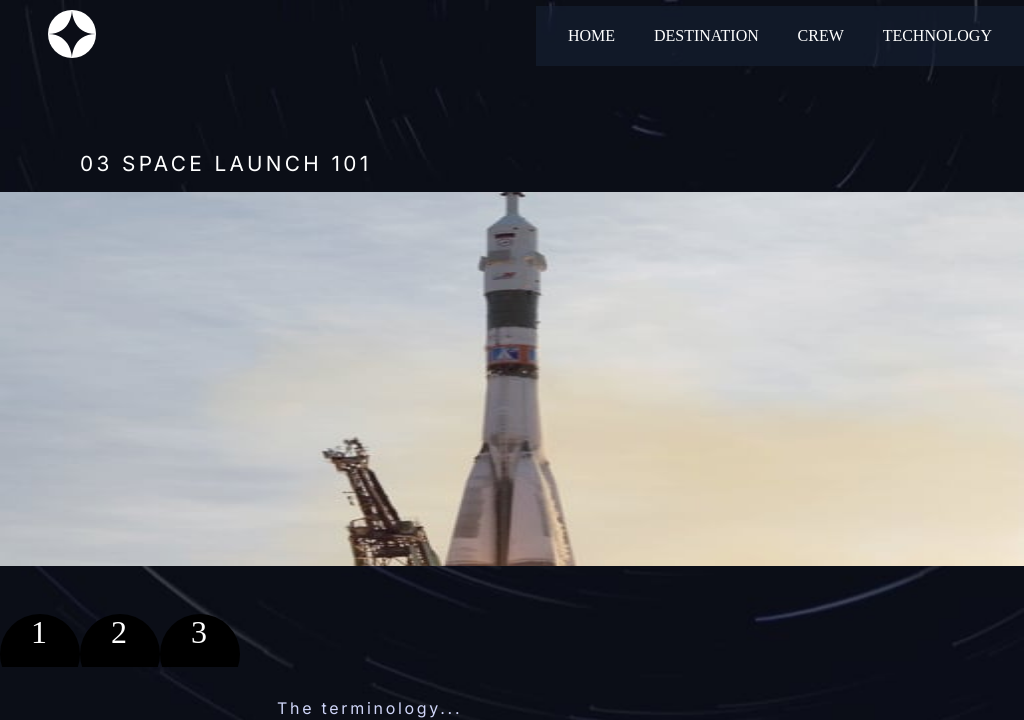
Repository: nilesjamex/space
Page: /Technology
An editor plug-in stored every save of this project. The page is shown before and after the next save, followed by the edit.
The browser window is 1024 px wide. The pictures show the whole page.
Some web fonts or font styles are not loaded; a fallback is used. The project was rebuilt for these pictures with package versions that can differ from the ones it lists, and the page was loaded fresh each time. The framework's server and built-in components were replaced by stand-ins that run in the browser. Also part of the build but not shown: next.config.js.

Above is the page before, as saved 2022-01-08 23:56:57.

### pages/_document.js
import Document, { Html, Head, Main, NextScript } from 'next/document'

class MyDocument extends Document {
  render() {
    return (
      <Html>
        <Head>
          <link rel="preconnect" href="https://fonts.googleapis.com" />
<link rel="preconnect" href="https://fonts.gstatic.com" crossOrigin />
<link href="https://fonts.googleapis.com/css2?family=Bellefair&display=swap" rel="stylesheet" />
        <link rel="preconnect" href="https://fonts.googleapis.com" />
<link rel="preconnect" href="https://fonts.gstatic.com" crossOrigin />
<link href="https://fonts.googleapis.com/css2?family=Barlow+Condensed:ital,wght@0,100;0,300;0,400;1,100&family=Inter&display=swap" rel="stylesheet" />
        </Head>
        <body>
          <Main />
          <NextScript />
        </body>
      </Html>
    )
  }
}

export default MyDocument

### pages/Technology.js
import React from 'react'
import Home from '../Components/Technology/Home/home';



const Technology = () => {
    return (
        <div>
            <Home />
        </div>
    )
}

export default Technology

### styles/globals.css
a {
  color: inherit;
  text-decoration: none;
}

*{
  margin: 0;
  padding: 0;
  box-sizing: border-box;
  max-width: 100%;
  max-height: 100vh;
  overflow-y: hidden;
}

li {
  list-style: none;
  cursor: pointer;
}

### Components/Technology/Home/home.js
import React from 'react';
import styles from './home.module.css'
import Nav from './../../../Layout/Nav';
import { Image } from 'next/image';
import Tech from './../Tech1/Tech';

export const Home = () => {
    return (
        <div className={styles.home}>
        <div>
         <Nav/>
        </div>
        <div>
        <div>
           <h3 className={styles.hometext}> 03 Space launch 101</h3>
        </div>
        </div>
        <div>
        <Tech />
        </div>
        </div>
    )
}
export default Home

### Components/Technology/Home/home.module.css
.home {
    background: url("../../../public/assets/technology/background-technology-desktop.jpg");
    background-size: cover;
    height: 100vh;
}
.hometext {
    font-family: 'Barlow Condensed', sans-serif;
    font-family: 'Inter', sans-serif;
    font-style: normal;
    font-weight: normal;
    font-size: 28px;
    line-height: 34px;letter-spacing: 4.725px;
    text-transform: uppercase;
    color: #FFFFFF;
    margin: 5rem 0 1rem 10rem;
}

@media screen and (max-width: 1024px) {
    .home {
        background: url("../../../public/assets/technology/background-technology-tablet.jpg");
        background-size: cover;
        height: 100vh;
    }
    .hometext {
        font-size: 1.3rem;
        line-height: 24px;
        /*  identical to box height */
        letter-spacing: 3.375px;
        margin: 5rem 0 1rem 5rem;
    }
}

### Layout/Nav.js
import React, {useState} from 'react';
import styles from './nav.module.css';
import Link from 'next/link';

const Nav = ({children}) => {
  const [active, setActive] = useState(false);

  const onClick = (e) => {
    setActive(!active);
  };
    return (
       <div className={styles.navBody}>
        <nav className={styles.nav}>
         <div>
            <svg width="48" height="48" viewBox="0 0 48 48" fill="none" xmlns="http://www.w3.org/2000/svg">
<circle cx="24" cy="24" r="24" fill="white"/>
<path fillRule="evenodd" clipRule="evenodd" d="M24 0C24 0 24 24 0 24C23.5776 24.1714 24 48 24 48C24 48 24 24 48 24C24 24 24 0 24 0Z" fill="#0B0D17" />
</svg>
  </div>

<ul className={`${styles.ul} ${active ? styles.activenav : ""}` } >
<li className={styles.li}><Link href="/"> HOME </Link></li>
<li className={styles.li}><Link href="/Destinations">DESTINATION </Link></li>
<li className={styles.li}><Link href="/Crew">CREW</Link></li>
<li className={styles.li}><Link href="/Technology">TECHNOLOGY</Link></li>
</ul>
<div className={`${styles.toggle} ${active ? styles.toggleanime : ""}`}
          onClick={onClick}
        >
          <div className={`${styles.toggleline} ${styles.line1}`}></div>
          <div className={`${styles.toggleline} ${styles.line2}`}></div>
          <div className={`${styles.toggleline} ${styles.line3}`}></div>
        </div>
        </nav>
      <div className={styles.mainBody}> {children} </div>
</div>
    )
}

export default Nav

### Components/Technology/Tech1/Tech.js
import React, {useState} from 'react'
import Image from 'next/image';
import styles from './Tech.module.css';
import Vehicle from '../../../public/assets//technology/image-launch-vehicle-landscape.jpg';
import Vehicle2 from '../../../public/assets//technology/image-launch-vehicle-portrait.jpg';
import Spaceport from '../../../public/assets//technology/image-spaceport-landscape.jpg';
import Capsule from '../../../public/assets//technology/image-space-capsule-landscape.jpg';
const Tech = () => {
    const [steps, setSteps] = useState(1);

    const next = (e) => {
        e.preventDefault();
        setSteps(steps + 1);
    }
    const prev = (e) => {
        e.preventDefault();
        setSteps(steps - 1);
    };

    switch (steps) {
        case 1:
            return (
        <div className={styles.techhome}>
           <div className={styles.TechNumbers}>
           <ul className={styles.numbers}>
           <li className={styles.number}>1</li>
           <li onClick={next} className={styles.number}>2</li>
           <li  onClick={(e) => {
      setSteps(steps+2)}} className={styles.number}>3</li>
           </ul>
           </div>
           <div className={styles.techtext}>
           <p className={styles.techtexthead}>The terminology...</p>
  <h2 className={styles.techtextsub}>Launch vehicle</h2>

  <p className={styles.techtextbody}>A launch vehicle or carrier rocket is a rocket-propelled vehicle used to carry a
  payload from Earths surface to space, usually to Earth orbit or beyond. Our
  WEB-X carrier rocket is the most powerful in operation. Standing 150 metres tall,
  it is quite an awe-inspiring sight on the launch pad!</p>
  </div>
  <div className={styles.imagediv}>
  <Image className={styles.image} src={Vehicle2} height="527" width="1024" alt="uu" />

  </div>
        </div>
    );

    case 2: return (
        <div className={styles.techhome}>
           <div>
           <ul className={styles.numbers}>
           <li onClick={prev} className={styles.number}>1</li>
           <li className={styles.number}>2</li>
           <li onClick={next} className={styles.number}>3</li>
           </ul>
           </div>
           <div className={styles.techtext}>
           <p className={styles.techtexthead}>The terminology...</p>
  <h2 className={styles.techtextsub}>Spaceport</h2>

  <p className={styles.techtextbody}> A spaceport or cosmodrome is a site for launching (or receiving) spacecraft,
  by analogy to the seaport for ships or airport for aircraft. Based in the
  famous Cape Canaveral, our spaceport is ideally situated to take advantage
  of the Earth’s rotation for launch.</p>
  </div>
 <div className={styles.imagediv}><Image src={Spaceport} height="527" width="515" alt="uu" /> </div>
        </div>
    );

    case 3:
    return (


     <div className={styles.techhome}>
           <div>
           <ul className={styles.numbers}>
           <li  onClick={(e) => {
      setSteps(steps-2)}} className={styles.number}>1</li>
           <li onClick={prev} className={styles.number}>2</li>
           <li className={styles.number}>3</li>
           </ul>
           </div>
           <div className={styles.techtext}>
           <p className={styles.techtexthead}>The terminology...</p>
  <h2 className={styles.techtextsub}>Space capsule</h2>

  <p className={styles.techtextbody}> A space capsule is an often-crewed spacecraft that uses a blunt-body reentry
  capsule to reenter the Earths atmosphere without wings. Our capsule is where
  you will spend your time during the flight. It includes a space gym, cinema,
  and plenty of other activities to keep you entertained.</p>
  </div>
  <div className={styles.imagediv}><Image src={Capsule} height="527" width="515" alt="uu" /> </div>
        </div>
         )
    }

}

export default Tech

### Layout/nav.module.css
.nav {
    display: flex;
    justify-content: space-between;
    align-items: center;
    padding-left: 3rem;
    width: 100%;
    height: 10vh;
    }

.ul {
    display: flex;
    width: 50%;
    justify-content: space-between;
    align-items: center;
    color: #fff;
    background-color: rgba(24, 36, 59, 0.5);
    height: 60px;
    padding: 0 2rem;

}

.navBody {
    height: 100%;
}
.toggle {
    display: none;
  }

  @media screen and (max-width: 768px) {
    .toggle {
        display: block;
        cursor: pointer;
        order: 2;
        z-index: 10;
        margin-right: 1rem;
      }
      .toggleline {
        width: 30px;
        height: 3px;
        background-color: #fff;
        margin: 5px;
      }
      .ul {
        order: 3;
        width: 100%;
        height: 100%;
        display: inline-block;
        position: fixed;
        z-index: 4;
        right: 0;
        left: 0;
        bottom: 0;
        top: 0;
        display: flex;
        justify-content: center;
        align-items: center;
        flex-direction: column;
        overflow-x: hidden;
        background: rgba(242, 245, 250);
        transform: translateY(100vh);
        transition: all ease-out 0.2s;
        background-color: rgba(24, 36, 59);
      }
      .li {
        margin: 0 0 2rem;
        opacity: 0;
        transform: translateY(10vh);
      }
      .activenav {
        transform: translateX(0);
      }
      .li {
        margin: 0 0 2rem;
        opacity: 1;
        transform: translateX(0);
        transition: all ease-out 0.8s;
      }
      .toggleanime .line1 {
        transform: rotate(-45deg) translate(-5px, 6px);
      }

      .toggleanime .line2 {
        opacity: 0;
      }

      .toggleanime .line3 {
        transform: rotate(45deg) translate(-5px, -6px);
      }

      .ul.activenav {
        transform: translateX(0);
      }
      .li {
        margin: 0 0 2rem;
        opacity: 1;
        transform: translateX(0);
        transition: all ease-out 0.8s;
      }
  }

### Components/Technology/Tech1/Tech.module.css
.techhome {
    display: flex;
    justify-content: space-around;
}
.numbers {
    display: flex;
    flex-direction: column;
    margin-top: 4rem;
}
.number {
    width: 80px;
    height: 80px;
    margin: 1rem 0;
    border-radius: 70%;
    background-color: #000;
    border-left: #000;
    font-family: 'Bellefair', serif;
    font-style: normal;
    font-weight: normal;
    font-size: 32px;
    line-height: 37px;
    /* identical to box height */
    text-align: center;
    align-items: center;
    letter-spacing: 2px;
    color: #FFFFFF
}
.techtext {
    width: 470px;
    height: 303px;
    align-self: center;
    margin-top: 4rem;
}
.techtexthead {
    font-family: 'Barlow Condensed', sans-serif;
    font-family: 'Inter', sans-serif;
    font-style: normal;
    font-weight: normal;
    font-size: 16px;
    line-height: 19px;
    letter-spacing: 2.7px;
    color: #D0D6F9;
}
.techtextsub {
    font-family: 'Bellefair', serif;
    font-style: normal;
    font-weight: normal;
    font-size: 56px;
    line-height: 64px;
    color: #FFFFFF;
    margin-top: 2rem;
}
.techtextbody {
    font-family: 'Barlow Condensed', sans-serif;
    font-family: 'Inter', sans-serif;
    font-style: normal;
    font-weight: normal;
    font-size: 18px;
    line-height: 32px;
    /* or 178% */
    color: #D0D6F9;
    margin: 2rem 0;
}
.imagediv {
    margin-right: -8rem;
}

@media screen and (max-width: 1024px) {
    .techhome {
        display: flex;
        flex-direction: column;
    }
    .numbers {
        display: flex;
        flex-direction: row;
        margin-top: 2rem;
    }
    .TechNumbers {
        order: 2;
    }
    .techtext {
        width: 470px;
        height: 303px;
        align-self: center;
        margin-top: 2rem;
        order: 3;
    }
    .image {
        width: 100vw;
    }
    .imagediv {
        margin-right: 0rem;
        order: 1;
    }
}

Loaded but not shown: pages/_app.js (common file)

After the next save:
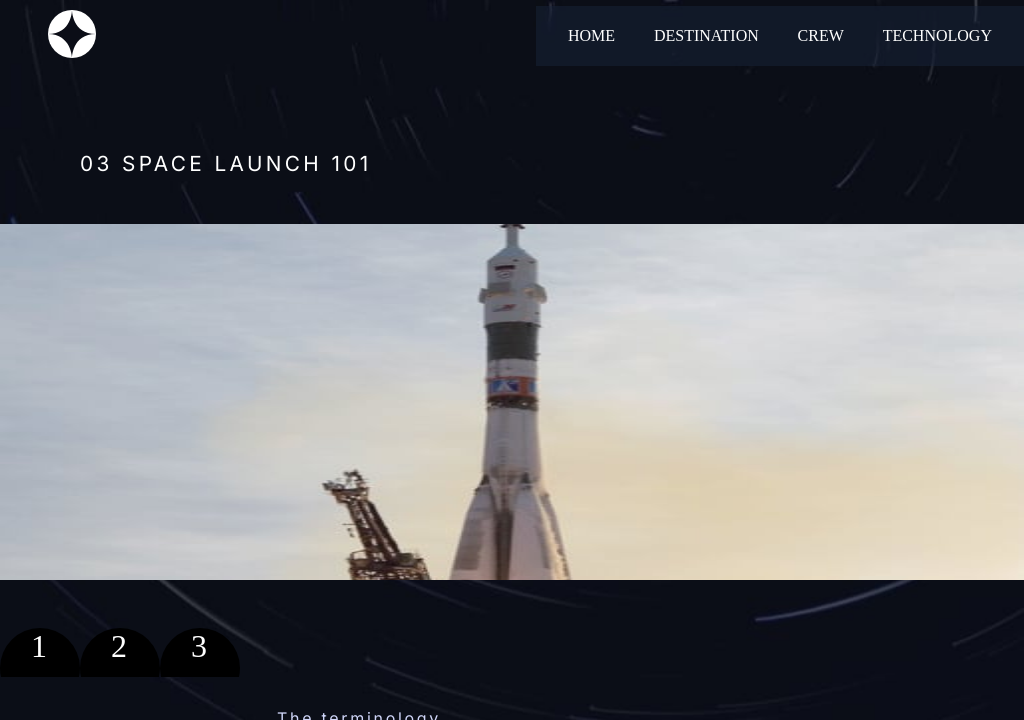
Saved 31 s later.
--- a/Components/Technology/Tech1/Tech.module.css
+++ b/Components/Technology/Tech1/Tech.module.css
@@ -89,7 +89,7 @@
         width: 100vw;
     }
     .imagediv {
-        margin-right: 0rem;
+        margin-top: 2rem;
         order: 1;
     }
 }
